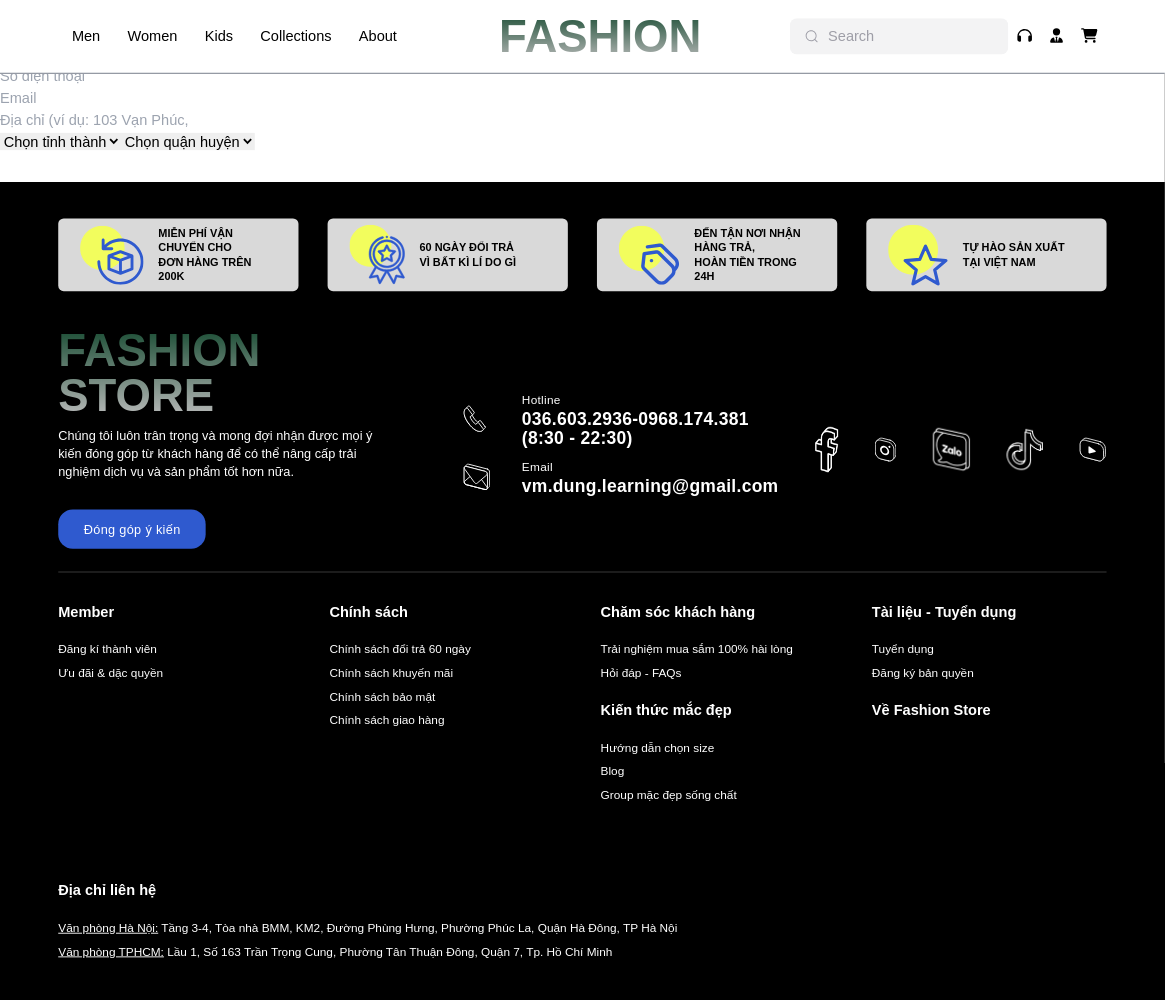
Repository: VuSnow/Software_Engineering
Page: /CartPayment
The author's editor kept a copy of each file at every save. The page is drawn from the files as they stood at one save, then again after the next save.
The browser window is 1280 px wide. The pictures show the whole page, at 91% of full size.
The page's requests for data from a server got no answer. The project was rebuilt for these pictures with package versions that can differ from the ones it lists, and the page was loaded fresh each time. The framework's server and built-in components were replaced by stand-ins that run in the browser. No one was signed in, and anything a server would have sent is missing. Also part of the build but not shown: next.config.js, src/components/cart/CartItem/CartItem.tsx, src/components/cart/Cart.tsx, src/app/Login/page.tsx, src/app/register/page.tsx, src/app/forgorPassword/page.tsx.

Above is the page before, as saved 2023-06-27 13:23:48.

After the next save:
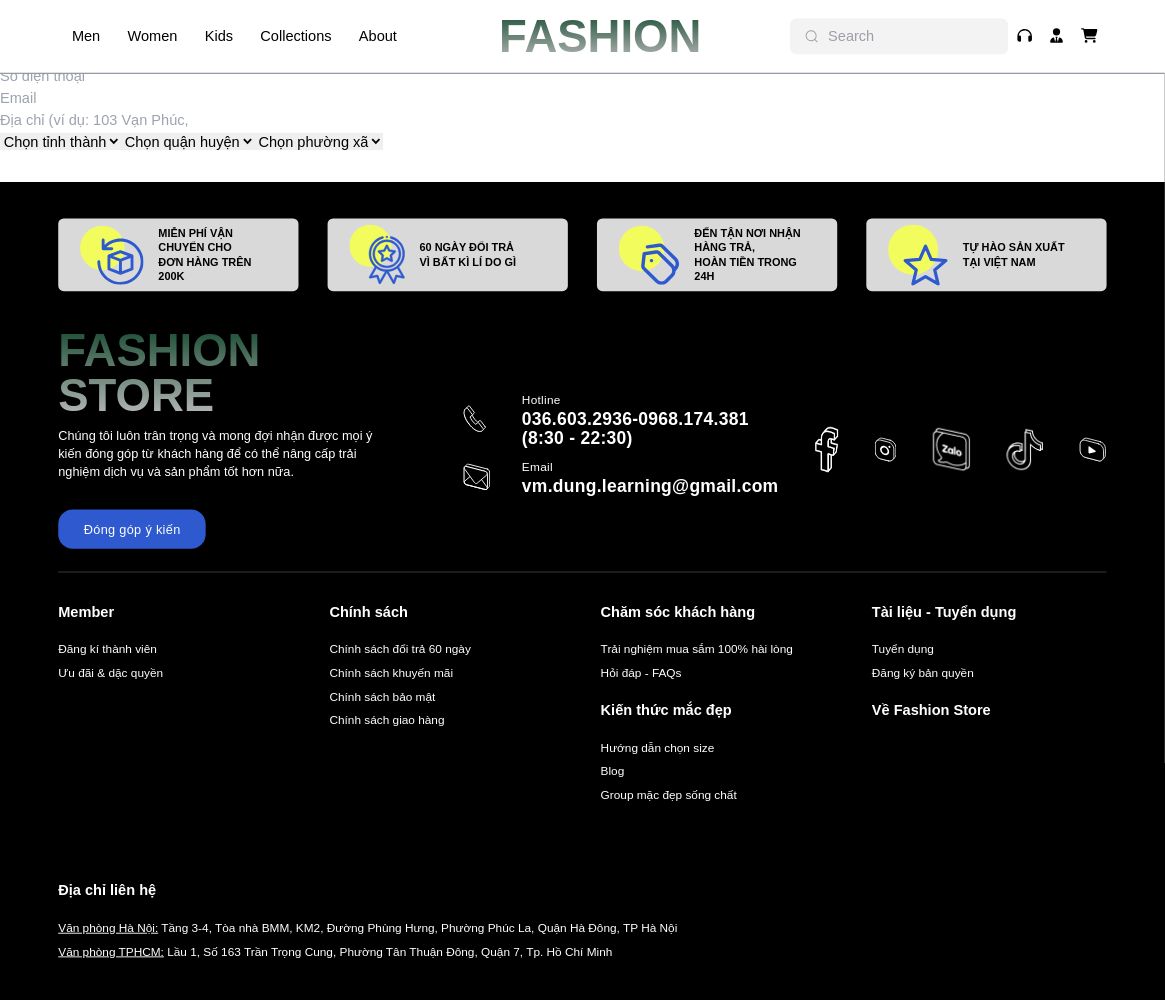
Saved 62 s later.
--- a/src/app/CartPayment/page.tsx
+++ b/src/app/CartPayment/page.tsx
@@ -140,6 +140,16 @@
                       </option>
                     ))}
                   </select>
+                  <select name="ward" id="ward" className="form-select">
+                    <option value="" selected>
+                      Chọn phường xã
+                    </option>
+                    {wards.map((ward) => (
+                      <option key={ward.Id} value={ward.Id}>
+                        {ward.Name}
+                      </option>
+                    ))}
+                  </select>
                 </div>
               </div>
             </div>
